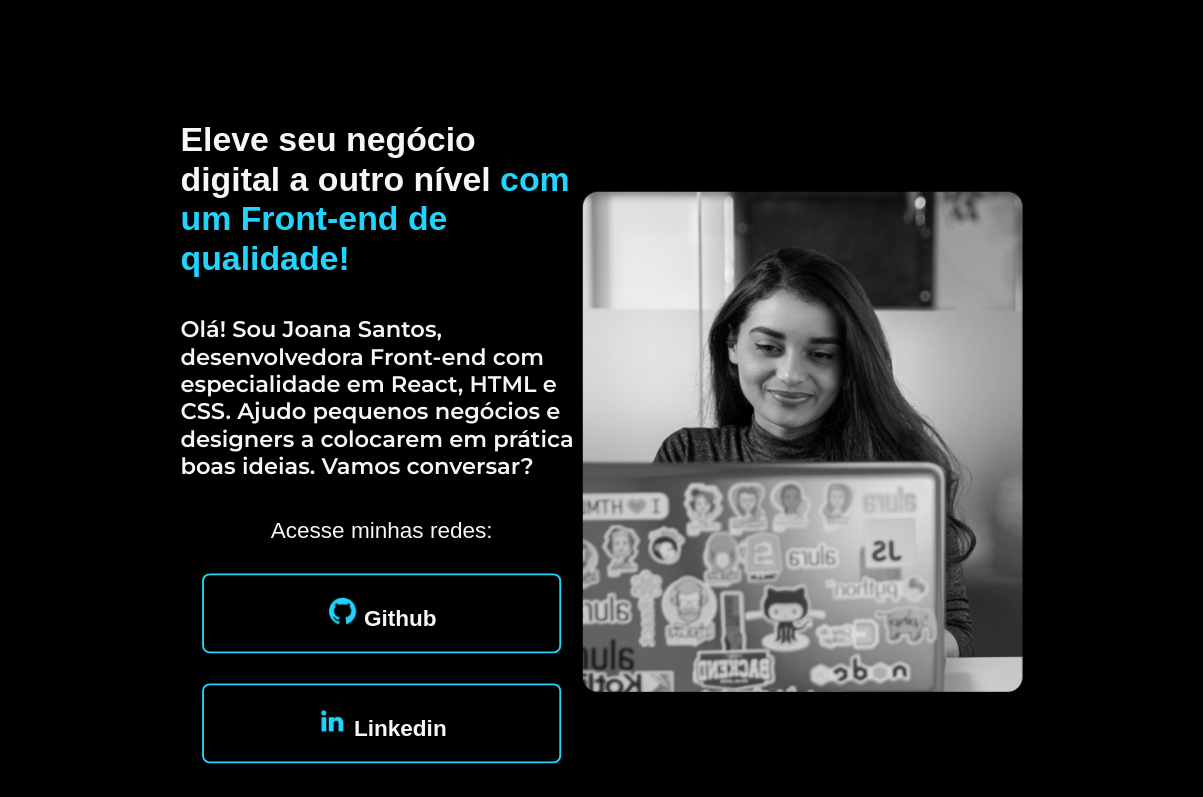
Repository: YoungAkira/CursoHtmlCss
Page: index.html
These files come from the project's save history. The page is drawn as it stood at one moment and after the next save; the edit follows.
The browser window is 1280 px wide. The pictures show the whole page, at 94% of full size.
Some web fonts or font styles are not loaded; a fallback is used.

Above is the page before, as saved 2023-05-15 09:31:32.

### index.html
<!--ESSE PROJETO NÃO É DE MINHA AUTORIA, APENAS UTILIZO-O PARA FINS DIDÁTICOS-->
<!--CREDITOS: ALURA.COM-->

<!DOCTYPE html>
<html lang="pt-br">
<head>
    <meta charset="UTF-8">
    <meta http-equiv="X-UA-Compatible" content="IE=edge">
    <meta name="viewport" content="width=device-width, initial-scale=1.0">
    <title>Portfolio</title>
    <link rel="stylesheet" href="style.css">
</head>
<body>
    <header></header>
    <main class="apresentacao">
            <section class="apresentacao_conteudo">
                 <h1 class="apresentacao_conteudo_titulo">Eleve seu
                    negócio digital a outro nível <strong
                    class="titulo-destaque">com um Front-end de qualidade!</strong></h1>

                    <p class="apresentacao_conteudo_texto"> Olá! Sou Joana Santos, desenvolvedora Front-end
                        com especialidade em React, HTML e CSS. Ajudo
                        pequenos negócios e designers a colocarem em
                        prática boas ideias. Vamos conversar?</p>


                    <div class="apresentacao_links">
                        <h2 class="apresentacao_links_subtitulo">Acesse minhas redes:</h2>

                        <a class="apresentacao-links-link" href="github.com">
                            <img src="assets/github.png">
                            Github
                        </a>

                        <a class="apresentacao-links-link" href="linkedin.com">
                            <img src="./assets/linkedin.png">
                            Linkedin

                        </a>



                    </div>

            </section>
                    <img src="/assets/imagem.png" alt="Foto Joana Santos programando">
    </main>


    <footer></footer>


</body>
</html>

### style.css
@import url('https://fonts.googleapis.com/css2?family=Krona+One&family=Montserrat:wght@600&display=swap');

*{
    margin: 0;
    padding: 0;
}


body {
    background-color: black;
    box-sizing: border-box;
    color: #F6F6F6;
    height: 100vh;
}


.titulo-destaque {
    color: #22D4FD;
}


.apresentacao{
    display: flex;
    align-items: center;
    justify-content: space-between;
    margin: 10% 15%;
}


.apresentacao_conteudo{
    width: 615px;
    display: flex;
    flex-direction: column;
    gap: 40px;
}


.apresentacao_conteudo_titulo{
    font-size: 36px;
    font-family: 'Krona One',sans-serif;
}


.apresentacao_conteudo_texto{
    font-size: 24px;
    font-family: 'Montserrat',sans-serif;
}


.apresentacao_links{
    display: flex;
    flex-direction: column;
    justify-content: space-between;
    align-items: center;
    gap: 32px;
}


.apresentacao_links_subtitulo{
    font-size: 24px;
    font-family: 'Krona One', sans-serif;
    font-weight: 400;


}


.apresentacao-links-link{
    border: 2px solid #22D4FD;
    width: 378px;
    text-align: center;
    border-radius: 8px;
    font-size: 24px;
    padding: 21.5px 0;
    text-decoration: none;
    color :#F6F6F6;
    font-family: 'Krona One',sans-serif;
    font-weight: 600;
}

After the next save:
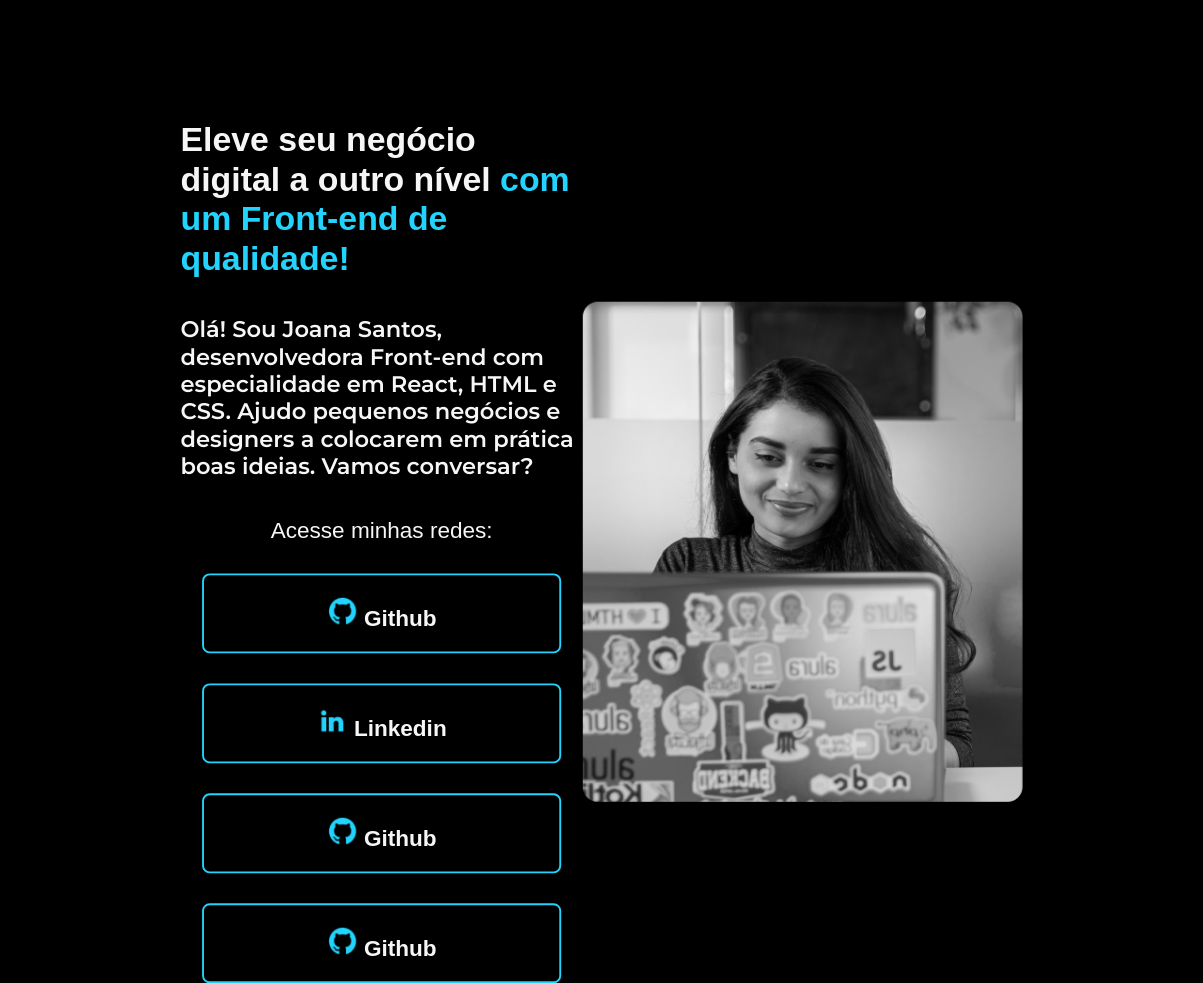
Saved 2 min 8 s later.
--- a/index.html
+++ b/index.html
@@ -35,7 +35,16 @@
                         <a class="apresentacao-links-link" href="linkedin.com">
                             <img src="./assets/linkedin.png">
                             Linkedin
+                        </a>
 
+                        <a class="apresentacao-links-link" href="instagram.com">
+                            <img src="assets/github.png">
+                            Github
+                        </a>
+
+                        <a class="apresentacao-links-link" href="twitch.tv">
+                            <img src="assets/github.png">
+                            Github
                         </a>
 
 
